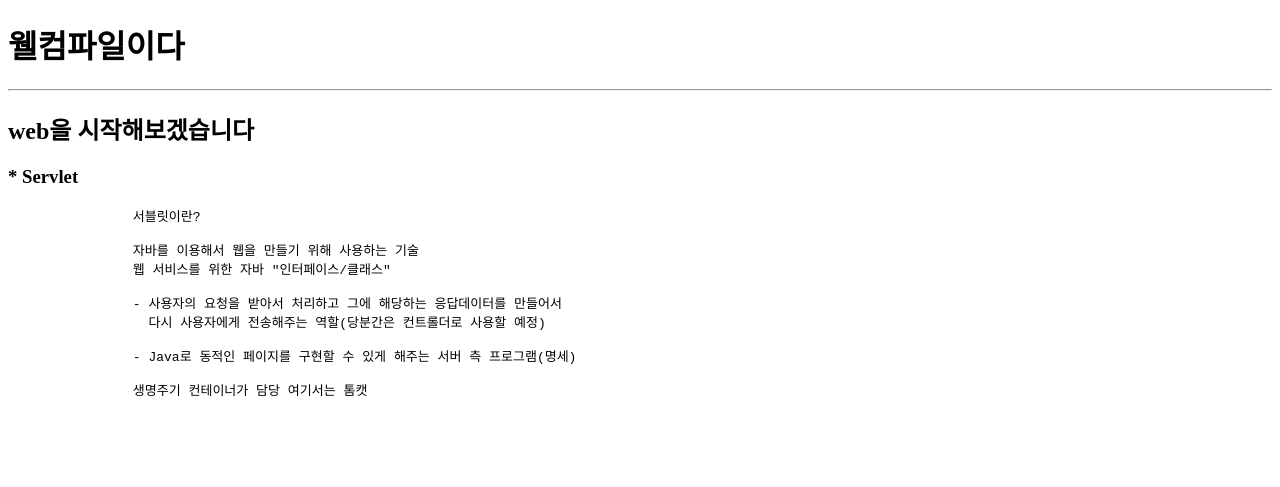
Repository: 1018lmh-hub/java_dynamic
Page: MyFirstWebProject/src/main/webapp/index.html
An editor plug-in stored every save of this project. The page is shown before and after the next save, followed by the edit.
The browser window is 1280 px wide. The pictures show the whole page.

Above is the page before, as saved 2026-05-04 03:44:38.

### MyFirstWebProject/src/main/webapp/index.html
<!DOCTYPE html>
<html>
<head>
<meta charset="UTF-8">
<title>HTML 이다~</title>
</head>
<body>
	<h1>웰컴파일이다</h1>

	<!--
		1) 새 워크스페이스 생성 후 이클립스로 열기

		2) 작업 환경 구성
			2-1) 보여질 화면요소를 구성

			2-2) 서버 실행환경 구성[Window - Preferences] (server - Runtime Environments)
			이클립스 창에서 자바를 실행할 수 있도록 실행환경을 연동하는 과정
			Add버튼 클릭 - > 설치한 ApacheTomcat과 동일한 버전을 선택 -> Next버튼 누르기
			- Browse버튼 클릭 - > 설치한 톰캣 폴더까지 이동(bin폴더가 보여야함) -> finish버튼 클릭
		3) 서버 생성하기[Servers]
			3_1) [Server] - [New] - [Server]

			3_2) 2_2번 작업을 하고 왔다면 기본적으로 Runtime이 잡혀잇음
			3_3) Finish 버튼 클릭
			3_4) 서버 세팅하기(만들어진 서버를 더블 클릭)
				3_4_1) 왼쪽 하단에 ServerOption 탭이 있음 -> Serve Module Publishing 체크박스를 체크
				=> 체크를 안하면 file upload / download 경로 지정이 운영체제 상 숨김폴더로 지정

				3_4_1) 포트번호 충돌을 방지하기 위해서 포트번호 재설정 -> 작업이 끝나면 반드시 저장

		4) Dynamic Web Project 만들기[Project Explorer - new]
			4_1) 프로젝트명 작성하기 - Next 버튼 클릭

			4_2) default output folder 경로 재설정 :
				src/main/webapp/WEB-INF/classes
			=> classes 폴더 안에 컴파일이 끝난 .class파일이 들어감
			WEB-INF 안에 만들어두지 않으면 외부에서 접근이 가능하기 때문에 보안상 취약하다
			- Next 버튼 클릭

			4-3) Context root : 애플리케이션의 고유한 별칭ㅇ으로 만들어줌(기본값 : 프로젝트 명)
			재정의 해서 쓰는 것이 일반적임 실제로 매우 자주 바뀜
			=> 하나의 서버로 여러개의 어플리케이션을 구동할 수 있음
			고유한 이름을 통해 애플리케이션에 요청을 보내는 경로로 사용할 수 있음

			content Directory : 실제 배포되는 폴더(서버에 올라가는 폴더)의 최상위 폴더명
			=> 건들지 않음

			Generate web.xml deployment descriptor : 기본적으로 체크 X
			=> 현재 애플리케이션의 정보를 담는 파일 = > 나는 죽었다 깨어나도 바꿀 일 없다면 => 안만들어도 무방
			Finish 버튼 클릭

	 -->


	 <hr>

	 <h2> web을 시작해보겠습니다</h2>

	 <h3>* Servlet</h3>

	 <pre>
	 	서블릿이란?

	 	자바를 이용해서 웹을 만들기 위해 사용하는 기술
	 	웹 서비스를 위한 자바 "인터페이스/클래스"

	 	- 사용자의 요청을 받아서 처리하고 그에 해당하는 응답데이터를 만들어서
	 	  다시 사용자에게 전송해주는 역할(당분간은 컨트롤더로 사용할 예정)

	 	- Java로 동적인 페이지를 구현할 수 있게 해주는 서버 측 프로그램(명세)

	 	생명주기 컨테이너가 담당 여기서는 톰캣
	 </pre>




</body>
</html>

After the next save:
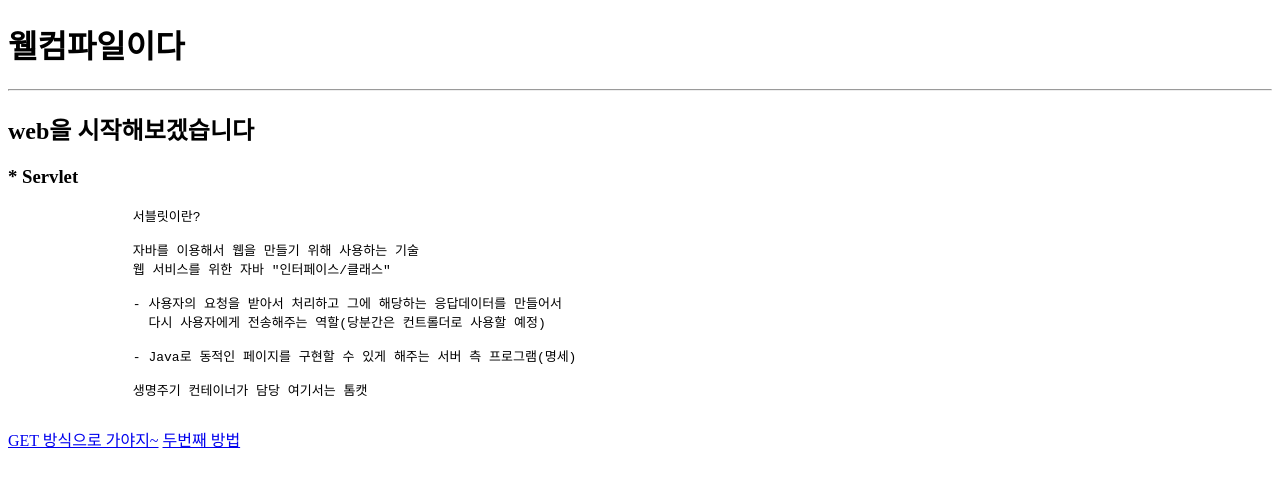
Saved 5 s later.
--- a/MyFirstWebProject/src/main/webapp/index.html
+++ b/MyFirstWebProject/src/main/webapp/index.html
@@ -72,7 +72,8 @@
 	 	생명주기 컨테이너가 담당 여기서는 톰캣
 	 </pre>
 
-
+	 <a href ="http://localhost:8088/first/views/request_get.html"> GET 방식으로 가야지~</a>
+	 <a href = "views/request_get.html">두번째 방법</a>
 
 
 </body>
